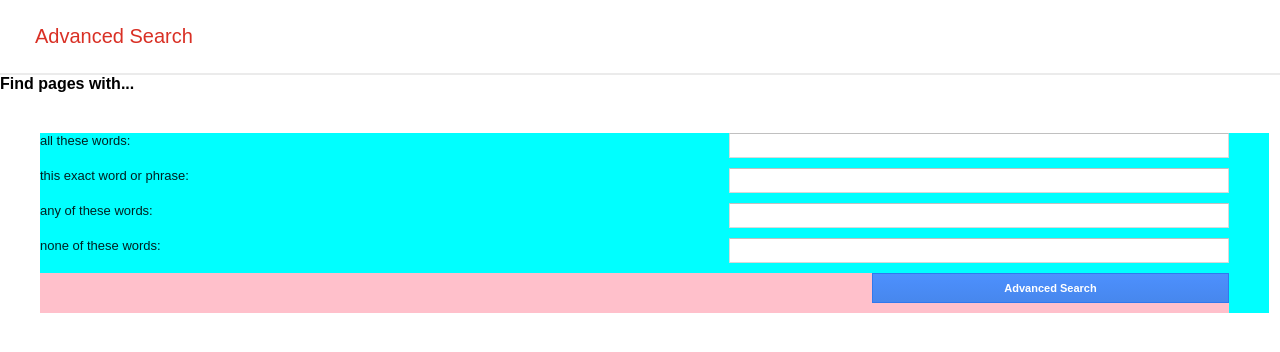
Repository: etentuk/search
Page: advanced_search.html
The author's editor kept a copy of each file at every save. The page is drawn from the files as they stood at one save, then again after the next save.
The browser window is 1280 px wide. The pictures show the whole page.

Above is the page before, as saved 2021-11-05 16:31:59.

After the next save:
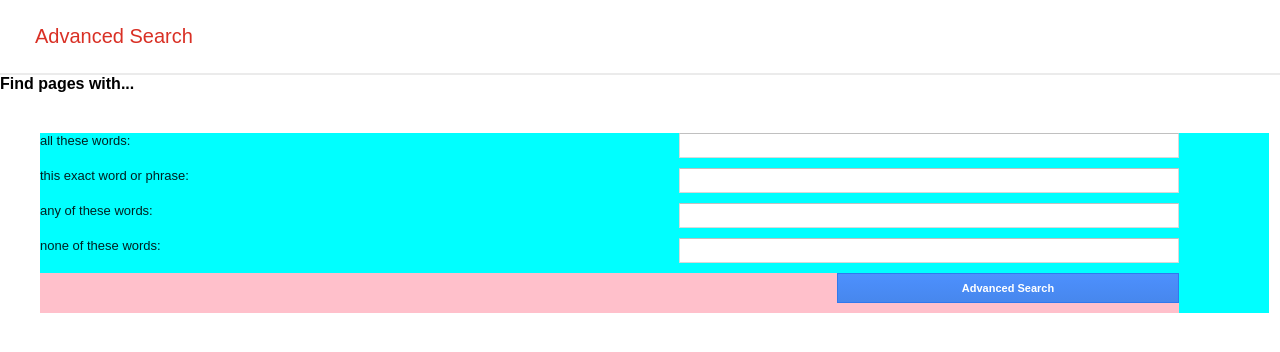
Saved 15 s later.
--- a/advanced_search.html
+++ b/advanced_search.html
@@ -42,7 +42,7 @@
     <h4>Find pages with...</h4>
     <div>
         <form action="https://google.com/search" id="form">
-            <div style="display: flex; flex-direction: column; padding-right: 40px;">
+            <div style="display: flex; flex-direction: column; padding-right:90px;">
                 <div class="form-content">
                     <div class="form-label">
                         <label for="as_q">all these words: </label>
